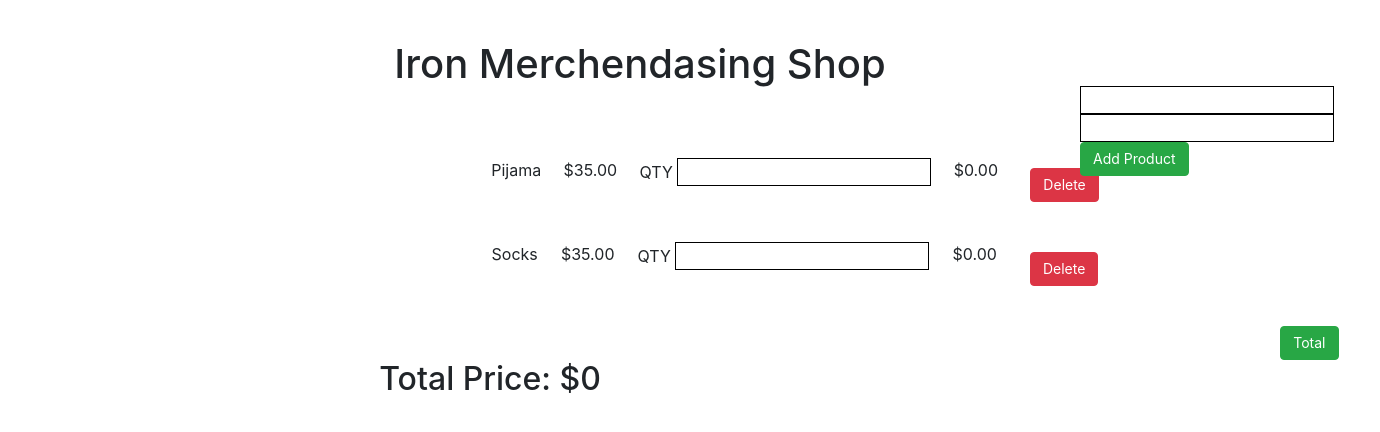
Repository: konstantin0s/lab-cart-DOM
Page: index.html
These files come from the project's save history. The page is drawn as it stood at one moment and after a run of saves; the edit follows.
The browser window is 1280 px wide. The page is 1380 px wide, then 1339 px, so the pictures cover 1380 px, including what lies to the right of the window. The pictures show the whole page.
Some web libraries are served in a nearby version.

Above is the page before, as saved 2019-02-04 09:50:21.
Console error: TypeError: Cannot set properties of null (setting 'onclick')

After the next 2 saves:
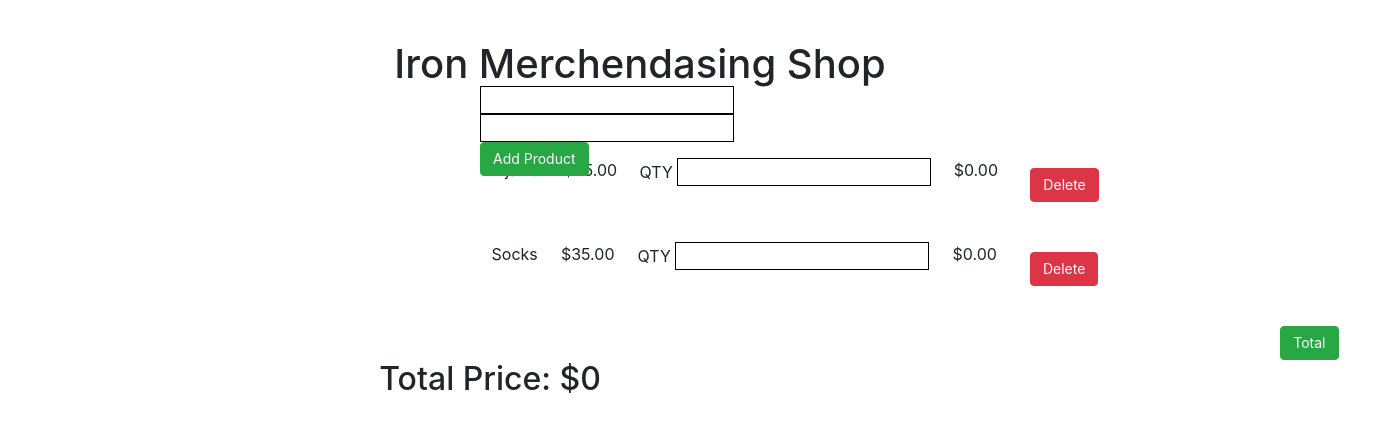
The 2 saves are shown as one change because they came seconds apart.
The last was saved 8 s later.
--- a/css/style.css
+++ b/css/style.css
@@ -131,7 +131,7 @@ input {
   justify-content: center;
   position: relative;
   float: right;
-  left: 100px;
+  left: -500px;
   top: -230px;
   width: 300px;
   display: inline-block;
